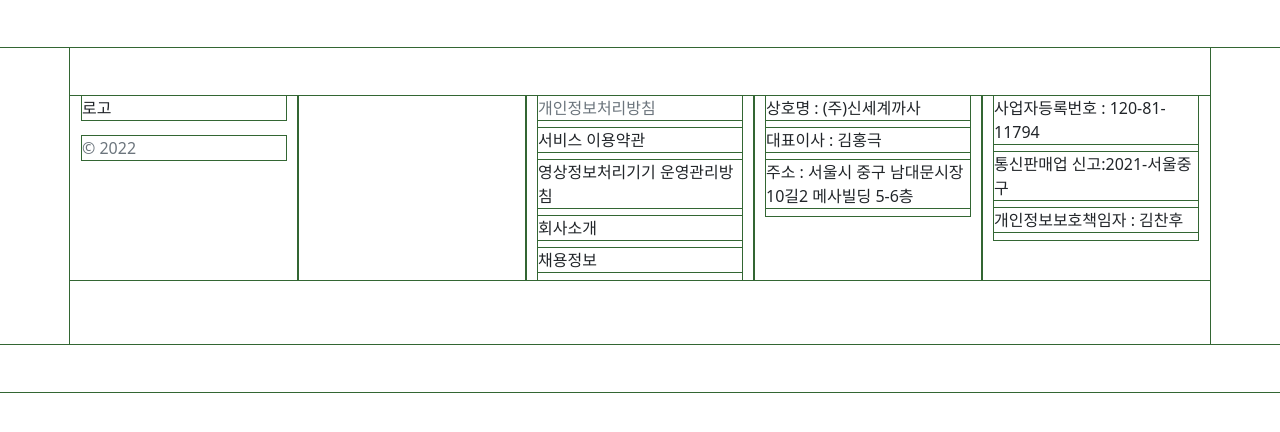
Repository: raoniee/Elice-House-Project
Page: FE/src/components/footer/footer.html
An editor plug-in stored every save of this project. The page is shown before and after the next save, followed by the edit.
The browser window is 1280 px wide. The pictures show the whole page.

Above is the page before, as saved 2023-07-04 16:57:10.

After the next save:
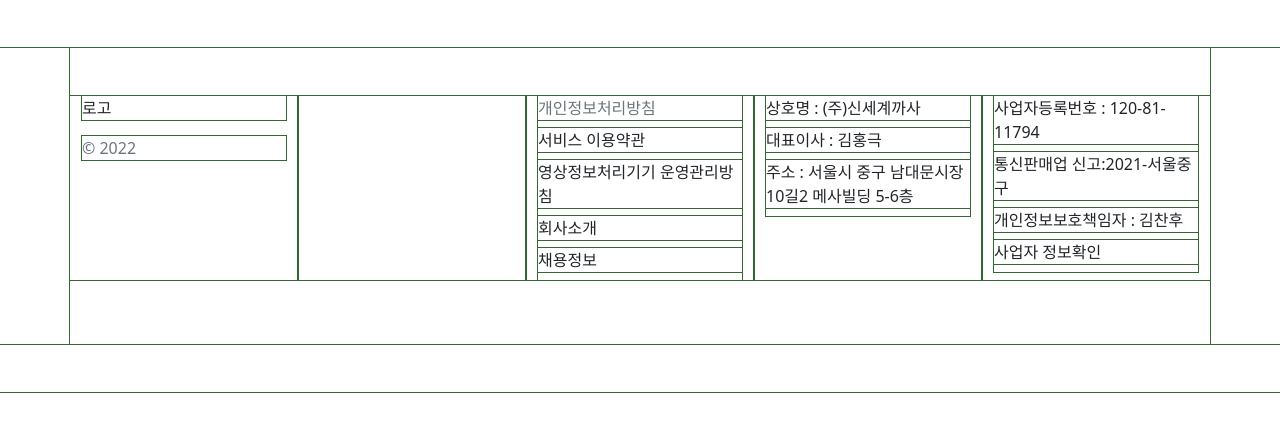
Saved 12 s later.
--- a/FE/src/components/footer/footer.html
+++ b/FE/src/components/footer/footer.html
@@ -57,6 +57,7 @@
             <li class="nav-item mb-2">사업자등록번호 : 120-81-11794</li>
             <li class="nav-item mb-2">통신판매업 신고:2021-서울중구</li>
             <li class="nav-item mb-2">개인정보보호책임자 : 김찬후</li>
+            <li class="nav-item mb-2">사업자 정보확인</li>
           </ul>
         </div>
       </footer>
